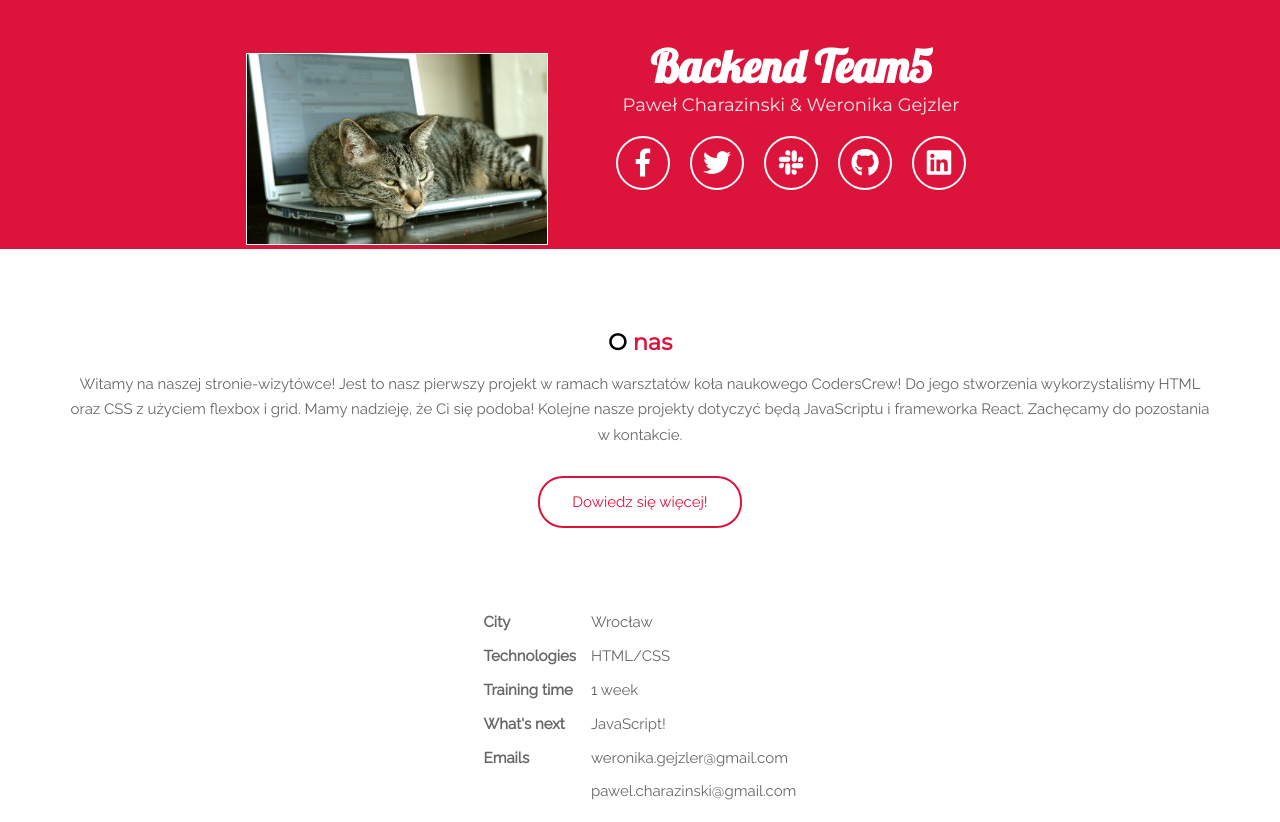
Repository: pietruszka/cc_proj1
Page: index.html
These files come from the project's save history. The page is drawn as it stood at one moment and after the next save; the edit follows.
The browser window is 1280 px wide. The pictures show the whole page.
Some web libraries are served in a nearby version.

Above is the page before, as saved 2018-11-18 20:26:46.

### index.html
<!DOCTYPE html>
<html lang="en">

<head>
    <meta charset="UTF-8">
    <meta name="viewport" content="width=device-width, initial-scale=1.0">
    <link rel="stylesheet" href="./style.css" />
    <link href="https://fonts.googleapis.com/css?family=Lobster" rel="stylesheet">
    <link href="https://use.fontawesome.com/releases/v5.0.8/css/all.css" rel="stylesheet">
    <link href="https://fonts.googleapis.com/css?family=Montserrat" rel="stylesheet">
    <link href="https://fonts.googleapis.com/css?family=Raleway" rel="stylesheet">
    <title>BackendTeam5</title>
</head>

<body>


        <div id="top">
            <div id="photo"><img id="photo1" src="people.jpg" alt=""></div>
            <div id="heading">


               <h1 id="heading1">Backend Team5</h1>
               <h2 id="heading2">Paweł Charazinski &amp; Weronika Gejzler</h2>
               <div class="nav">

                <div class="nav-item">
                    <a href="#" class="fab fa-facebook-f"></a>
                </div>
                <div class="nav-item">
                    <a href="#" class="fab fa-twitter"></a>
                </div>

                <div class="nav-item">
                    <a href="#" class="fab fa-slack"></a>
                </div>
                <div class="nav-item">
                    <a href="#" class="fab fa-github"></a>
                </div>
                <div class="nav-item">
                    <a href="#" class="fab fa-linkedin"></a>
                </div>
            </div>


            </div>

        </div>

        <div id="bottom">
            <div id="about">
<h1 id="h_about">O <span style="color:crimson">nas</span></h1>
<p id="p_about">Witamy na naszej stronie-wizytówce! Jest to nasz pierwszy projekt w ramach warsztatów koła naukowego CodersCrew! Do jego stworzenia wykorzystaliśmy HTML oraz CSS z użyciem flexbox i grid. Mamy nadzieję, że Ci się podoba! Kolejne nasze projekty dotyczyć będą JavaScriptu i frameworka React. Zachęcamy do pozostania w kontakcie.</p>
<div id="button">Dowiedz się więcej!</div>


            </div>
            <div id="details">
<table>
    <tr>
        <td class="table"><b>City</b></td>
        <td class="table">Wrocław</td>
    </tr>
    <tr>
        <td class="table"><b>Technologies</b></td>
        <td class="table">HTML/CSS</td>
    </tr>
    <tr>
        <td class="table"><b>Training time</b></td>
        <td class="table">1 week</td>
    </tr>
    <tr>
        <td class="table"><b>What's next</b></td>
        <td class="table">JavaScript!</td>
    </tr>
    <tr>
        <td class="table"><b>Emails</b></td>
        <td class="table">weronika.gejzler@gmail.com
        </td>
    </tr>
    <tr><td class="table"></td><td class="table">pawel.charazinski@gmail.com
        </td></tr>

</table>
</div>
        </div>


</div>
</body>

</html>

### style.css
body{
    margin: 0 0 1vw 0;
    font-size: 15px;


}
#top{
   display: flex;
   flex-direction: row;
   flex-wrap: wrap;
   align-items: center;
   justify-content: center;

    background-color: crimson;
    color: white;



}
#photo{
align-self: flex-end;


}
#photo1{
width: auto;
height: auto;
   max-width: 300px;
   max-height: 200px;
   border: 1px solid white;

}

#heading{

  padding: 3vw;

}

#heading1 {

    font-size: 3em;
    font-weight: 700;
        font-family: 'Lobster', cursive;
    text-align: center;
    margin:0;
   }
   #heading2 {

    font-size: 1.2em;
    font-weight: 100;
    font-family:  Montserrat;
    text-align: center;
    margin: 0%;
    opacity: 0.9;
    }

    a {
        color: white;
        text-decoration: none;

    }
    .nav {
        display: flex;
        justify-content: center;
        margin: 20px;
        flex-wrap: wrap;

    }

    .nav-item {

        animation: show 0.5s ease-in-out forwards;

        transition: all 0.3s ease-in-out;
        border-radius: 100%;
        border: solid 2px white;

        width: 50px;
        height: 50px;
        margin: 0 10px;
        display: flex;
        align-items: center;
        justify-content: center;

    }

    .nav-item:hover {
        cursor: pointer;

        opacity: 0.5;

    }

    .nav-item a:hover {

        opacity: 0.5;

    }

    .nav-item a {
        font-size: 28px;

    }

#bottom{
    display: flex;
    flex-direction: column;
    align-items: center;



}
#about{
   margin: 5vw;

   text-align: center;
}
#h_about{
   font-family:  Montserrat;
    font-style: Bold;
    font-size: 1.5em;

        line-height: 29px;

}
#p_about{
   color: #666666;
   Font-Family: Raleway;
Font-Style: Regular;

Line-Height: 1.7em;

}
#button{
    margin: 1vw;
    border: 2px solid crimson;
    border-radius: 25px;
    background-color: white;
    color: crimson;

    padding: 15px 32px;
    text-align: center;
    text-decoration: none;
    display: inline-block;

    Font-Family: Raleway;
}



#details{

    color: #666666;
    Font-Family: Raleway;
 Font-Style: Regular;

 Line-Height: 19px;
 text-Align: Left;
 grid-area: details;
}
.table{
    padding: 0.5vw;
}

After the next save:
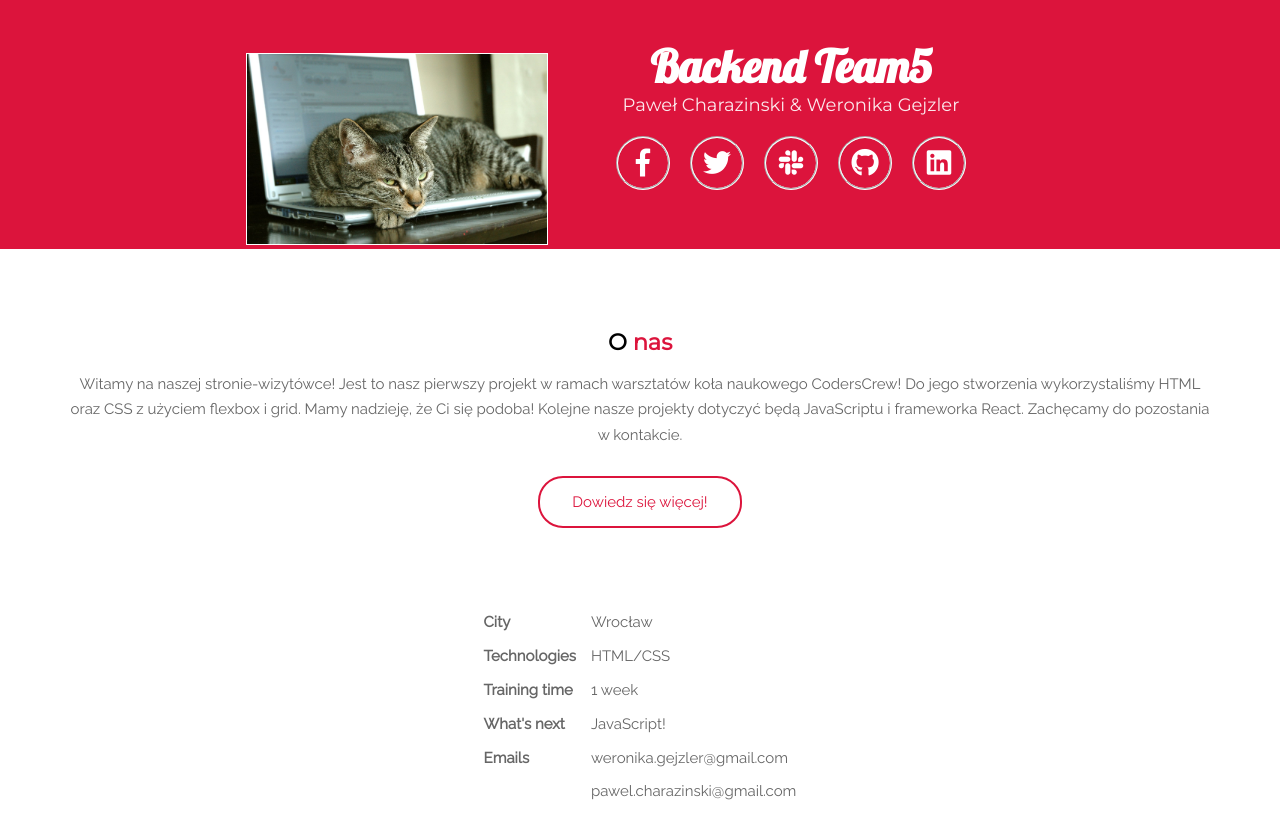
Saved 49 s later.
--- a/style.css
+++ b/style.css
@@ -74,7 +74,7 @@ height: auto;
 
         transition: all 0.3s ease-in-out;
         border-radius: 100%;
-        border: solid 2px white;
+        border: groove 2px white;
 
         width: 50px;
         height: 50px;
